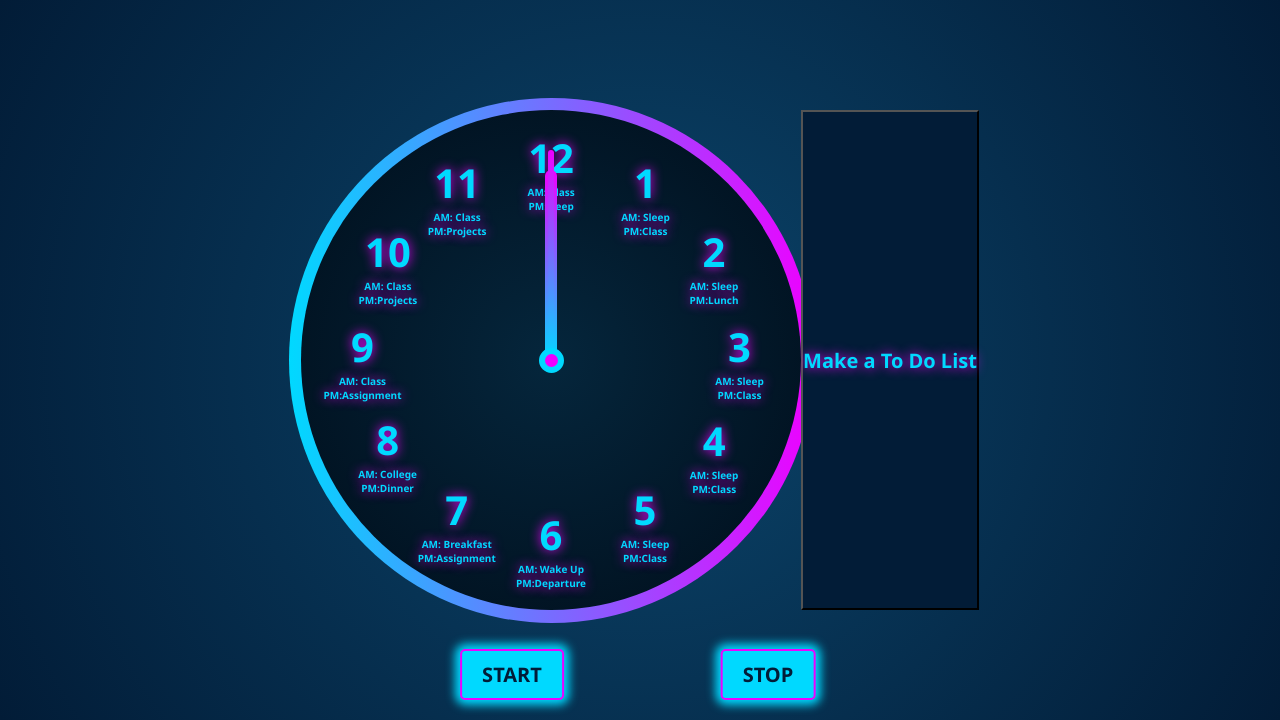
Repository: Suryansh-D/Cool-Clock
Page: index.html
These files come from the project's save history. The page is drawn as it stood at one moment and after a run of saves; the edit follows.
The browser window is 1280 px wide. The pictures show the whole page.

Above is the page before, as saved 2024-01-30 18:37:51.

### index.html
<!DOCTYPE html>
<html>
<head>
    <title>Schedule Clock</title>
    <link rel="stylesheet" href="style.css">
</head>
<body>
    <div class="All">
    <div class="clock" id="clock">
        <div class="number" style="--n:1"><b>1 <p class="task">AM: Sleep<p class="task">PM:Class</p></p></b></div>
        <div class="number" style="--n:2"><b>2 <p class="task">AM: Sleep<p class="task">PM:Lunch</p></p></b></div>
        <div class="number" style="--n:3"><b>3 <p class="task">AM: Sleep<p class="task">PM:Class</p></p></b></div>
        <div class="number" style="--n:4"><b>4 <p class="task">AM: Sleep<p class="task">PM:Class</p></p></b></div>
        <div class="number" style="--n:5"><b>5 <p class="task">AM: Sleep<p class="task">PM:Class</p></p></b></div>
        <div class="number" style="--n:6"><b>6 <p class="task">AM: Wake Up<p class="task">PM:Departure</p></p></b></div>
        <div class="number" style="--n:7"><b>7 <p class="task">AM: Breakfast<p class="task">PM:Assignment</p></p></b></div>
        <div class="number" style="--n:8"><b>8 <p class="task">AM: College<p class="task">PM:Dinner</p></p></b></div>
        <div class="number" style="--n:9"><b>9 <p class="task">AM: Class<p class="task">PM:Assignment</p></p></b></div>
        <div class="number" style="--n:10"><b>10 <p class="task">AM: Class<p class="task">PM:Projects</p></p></b></div>
        <div class="number" style="--n:11"><b>11 <p class="task">AM: Class<p class="task">PM:Projects</p></p></b></div>
        <div class="number" style="--n:12"><b>12 <p class="task">AM: Class<p class="task">PM:Sleep</p></p></b></div>
        <div class="hour-hand" id="hour-hand"></div>
        <div class="minute-hand" id="minute-hand"></div>
        <div class="second-hand" id="second-hand"></div>
        <div class="center-dot"></div>
    </div>
    <button class="start-btn" id="start-btn"><b>START</b></button>
    <button class="stop-btn" id="stop-btn"><b>STOP</b></button>
    <button class="To-do" id="ToDobutton"><b>Make a To Do List</b></button>
    <div class="ToDoContainer" id="ToDoContainer">
        <h1>To-Do List</h1>
        <div class="entry">
        <input type="text" id="task-input" placeholder="Enter task" class="entertask">
        <input type="time" id="time-input" class="entertime"></div>
        <button onclick="addTask()" class="addtask">Add Task</button>
        <ul id="task-list">
        </ul>
        </div>
        </div>

      </div><script src="script.js"></script>
</body>
</html>

### style.css
*{
    margin: 0;
    padding: 0;
    box-sizing: border-box;
    font-family: 'Segoe UI', Tahoma, Geneva, Verdana, sans-serif;
}

body{
    display: flex;
    justify-content: center;
    align-items: center;
    height: 100vh;
    background: radial-gradient(circle,#0b456b, #021c37)
}
.clock{
    width: 500px;
    height: 500px;
    position: relative;
    background-color: lightgray;
    border-radius: 50%;
    display: flex;
    justify-content: center;
    align-items: center;
    background: radial-gradient(circle,#05263c , #000d1a);
}
.clock::before{
    content: "";
    position: absolute;
    width: 525px;
    height: 525px;
    border-radius: 50%;
    background:linear-gradient(to right, #00d9ff,#ee00ff);
    box-shadow: 0 0 0 15px 15px rgba(0,0,0,0.2);
    z-index: -1;

}
.number{
    transform: rotate(calc(30deg * var(--n)));
    position: absolute;
    text-align: center;
    inset: 20px;
    font-size: 40px;
    color:#00d9ff;
    text-shadow:0 0 12px #ee00ff;
}
.number b{
    transform: rotate(calc(-30deg * var(--n)));
    display: inline-block;
}

.center-dot{
    position: absolute;
    width: 25px;
    height: 25px;
    background-color: #ee00ff;
    border:6px solid #00d9ff;
    border-radius: 50%;
}

.hour-hand, .minute-hand, .second-hand{
    --rotate:0;
    position: absolute;
    left: 50%;
    bottom: 50%;
    transform: translate(-50%) rotate(calc(var(--rotate)*1deg));
    transform-origin: bottom;
    border-radius: 30px 30px 0 0;
}
.hour-hand{
   width:12px;
    height: 130px;
    background:linear-gradient(#00d9ff, #ee00ff );
}
.minute-hand{
    width:12px;
    height: 190px;
    background:linear-gradient(to top, #00d9ff, #ee00ff );
}
.second-hand{
    width: 6px;
    height: 210px;
    background:linear-gradient(to top, #00d9ff, #ee00ff );
}

.start-btn{
    position: absolute;
    bottom: 20px;
    left: 40%;
    transform: translateX(-50%);
    padding: 10px 20px;
    background-color: #00d9ff;
    border: 2px solid #ee00ff;
    border-radius: 5px;
    color: #021c37;
    font-size: 20px;
    font-weight: 500;
    cursor: pointer;
    transition: all 0.3s ease;
    box-shadow: 0 0 10px 5px #00d9ff;
}
.stop-btn{
    position: absolute;
    bottom: 20px;
    left: 60%;
    transform: translateX(-50%);
    padding: 10px 20px;
    background-color: #00d9ff;
    border: 2px solid #ee00ff;
    border-radius: 5px;
    color: #021c37;
    font-size: 20px;
    font-weight: 500;
    cursor: pointer;
    transition: all 0.3s ease;
    font-family:'Times New Roman', Times, serif;
    box-shadow: 0 0 10px 5px #00d9ff;
}
.task{
    font-size: 10px
}
.To-do{
    font-size: 20px;
    font-weight: 500;
    color: #00d9ff;
    text-shadow:0 0 12px #ee00ff;
    background-color: #021c37;

}

/* To do */

#task-list {
    list-style: none;
    padding: 0;
    margin: 0;
  }

  #task-list li {
    margin-bottom: 5px;
    padding: 10px;
    margin: 10px 0;
    background-color: #c742db;
    color: #fff;
    border-radius: 5px;
  }

  #task-list li button {
    float: right;
    background-color: transparent;
    border: none;
    cursor: pointer;
  }
  .ToDoContainer {
    width: 50%;
    max-width: 600px;
    margin: 0 auto;
    padding: 20px;
    background-color: aqua;
    border-radius: 15px;
  }
  .entertask{
    width: 100%;
    padding: 10px;
    border: 1px solid #ccc;
    border-radius: 5px;
    box-sizing: border-box;
    margin-bottom: 10px;
  }
  .entertime{
    width: 50%;
    padding: 10px;
    border: 1px solid #ccc;
    border-radius: 5px;
    box-sizing: border-box;
    margin-bottom: 10px;
  }
  .addtask{
    width: 100%;
    background-color: #0e28eb;
    color: #fff;
    padding: 10px;
    border: none;
    border-radius: 5px;
    cursor: pointer;
  }
  .entry{
    display: flex;
    justify-content: space-between;
  }
  .All{
    height: auto;
    width: auto;
    display: flex;
    justify-content: space-between;
  }

### script.js


const secondHand = document.getElementById('second-hand');
const minsHand = document.getElementById('minute-hand');
const hourHand = document.getElementById('hour-hand');
const startButton = document.getElementById('start-btn');
const stopButton = document.getElementById('stop-btn');
const ToDobutton = document.getElementById('ToDobutton');
const ToDoContainer = document.getElementById('ToDoContainer');
const Clock = document.getElementById('clock');


ToDoContainer.style.display = 'none';
ToDobutton.addEventListener('click', () => {
    ToDoContainer.style.display = 'block';
    Clock.style.display = 'none';
    ToDobutton.innerHTML = 'View Clock';

});





startButton.addEventListener('mouseenter', () => {
    startButton.style.backgroundColor = 'lightgreen';
}
);
startButton.addEventListener('mouseleave', () => {
    startButton.style.backgroundColor = 'skyblue'

}
);
stopButton.addEventListener('mouseenter', () => {
    stopButton.style.backgroundColor = 'red';
}
);
stopButton.addEventListener('mouseleave', () => {
    stopButton.style.backgroundColor = 'skyblue';
}
);
startButton.addEventListener('click', () => {
    startButton.style.display = 'none';
    stopButton.style.display = 'inline-block';
    clockTick();
}
);

stopButton.addEventListener('click', () => {
    stopButton.style.display = 'none';
    startButton.style.display = 'inline-block';
}
);
function clockTick(){
    const date = new Date();
    const seconds = date.getSeconds()/60;
    const mins = (seconds + date.getMinutes())/60;
    const hours = (mins + date.getHours())/12;

    rotateClockHand(secondHand, seconds);
    rotateClockHand(minsHand, mins);
    rotateClockHand(hourHand, hours);
}

function rotateClockHand(element, rotation){
    element.style.setProperty('--rotate', rotation * 360);
}



let clockInterval;

function startClock() {
    clockInterval = setInterval(clockTick, 1000);
    console.log('start');
}

function stopClock() {
    clearInterval(clockInterval);
    console.log('stop');
}
startButton.addEventListener('click', startClock);
stopButton.addEventListener('click', stopClock);

// To Do

const taskInput = document.getElementById('task-input');
const timeInput = document.getElementById('time-input');
const taskList = document.getElementById('task-list');

function addTask() {
  const task = taskInput.value;
  const time = timeInput.value;

  if (task) {
    const listItem = document.createElement('li');
    listItem.textContent = task + ' - ' + time;
    const removeButton = document.createElement('button');
    removeButton.textContent = "Remove";
    removeButton.addEventListener('click', () => listItem.remove());
    listItem.appendChild(removeButton);
    taskList.appendChild(listItem);

    taskInput.value = '';
    timeInput.value = '';
  }
}

After the next 2 saves:
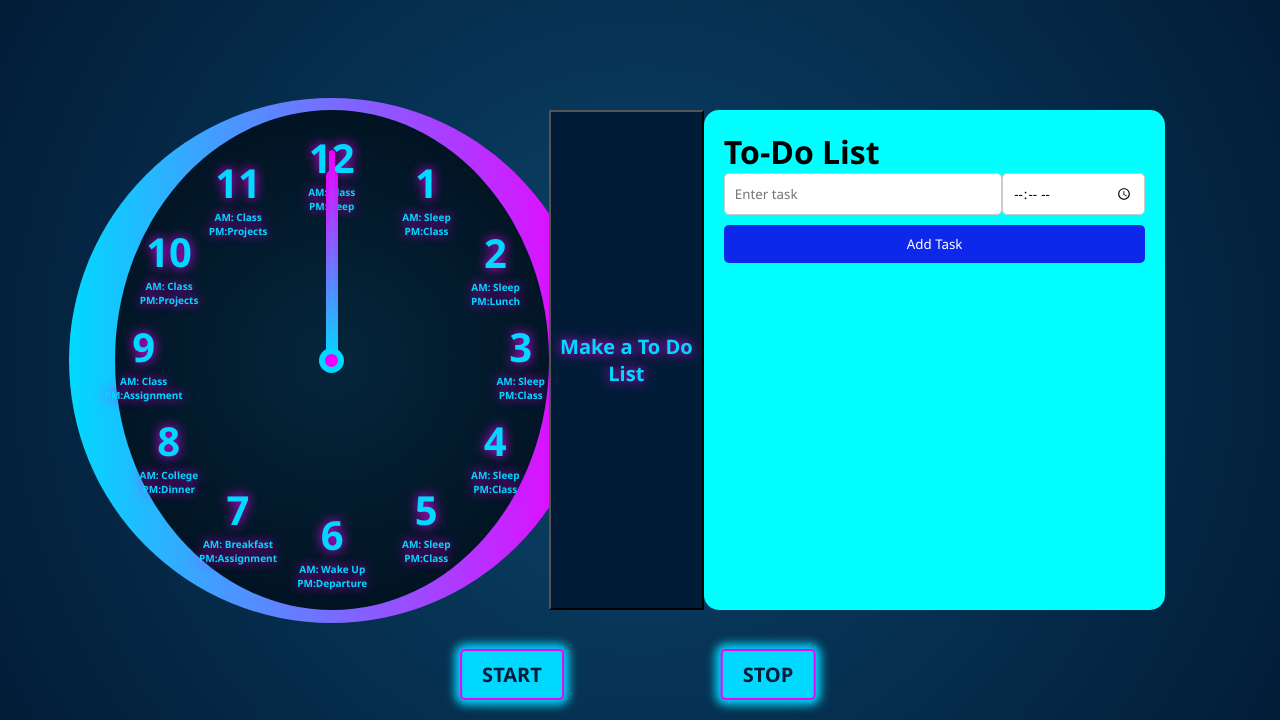
Console error: SyntaxError: Unexpected token ')'
The 2 saves are shown as one change because they came seconds apart.
The last was saved 9 s later.
--- a/script.js
+++ b/script.js
@@ -17,7 +17,7 @@
     ToDobutton.innerHTML = 'View Clock';
 
 });
-
+ if()
 
 
 

After the 2 saves that followed:
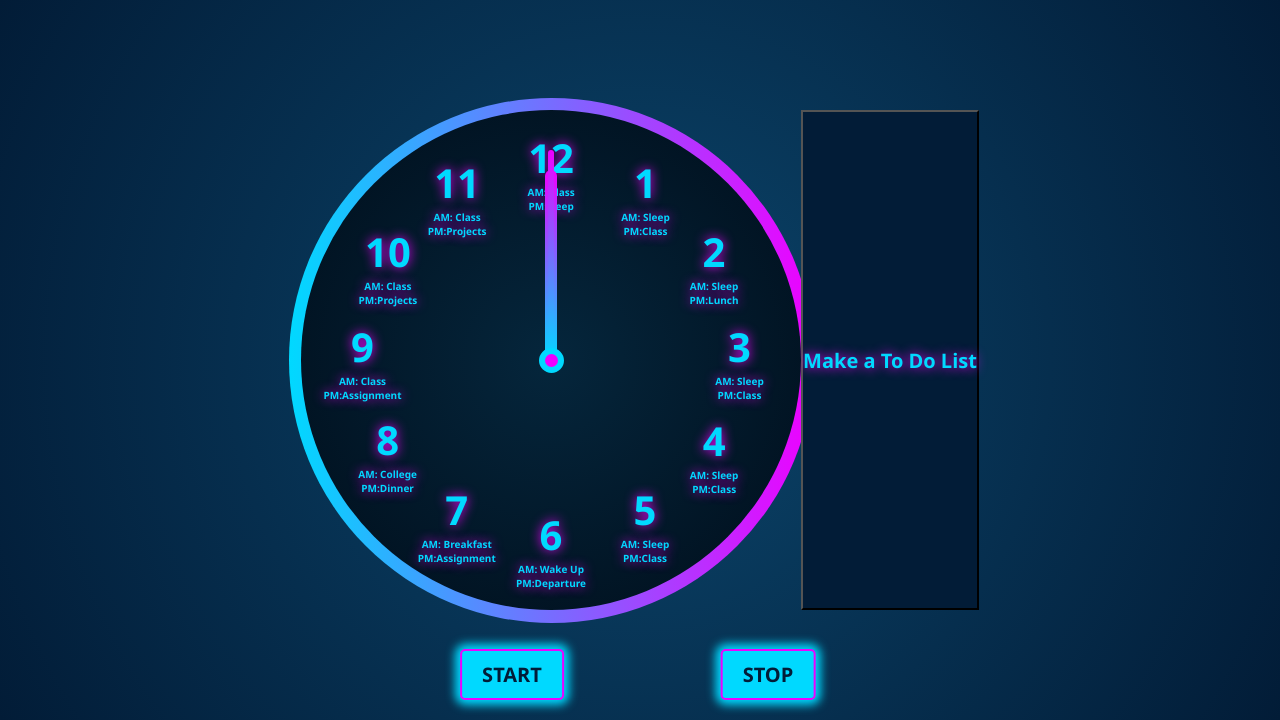
The error is gone.
The 2 saves are shown as one change because 1 left the picture as it was.
The last was saved 17 s later.
--- a/script.js
+++ b/script.js
@@ -17,7 +17,10 @@
     ToDobutton.innerHTML = 'View Clock';
 
 });
- if()
+ if(ToDobutton.innerHTML === 'View Clock'){
+    ToDoContainer.style.display = 'none';
+    Clock.style.display = 'block';
+    ToDobutton.innerHTML = 'View To Do List';}
 
 
 
